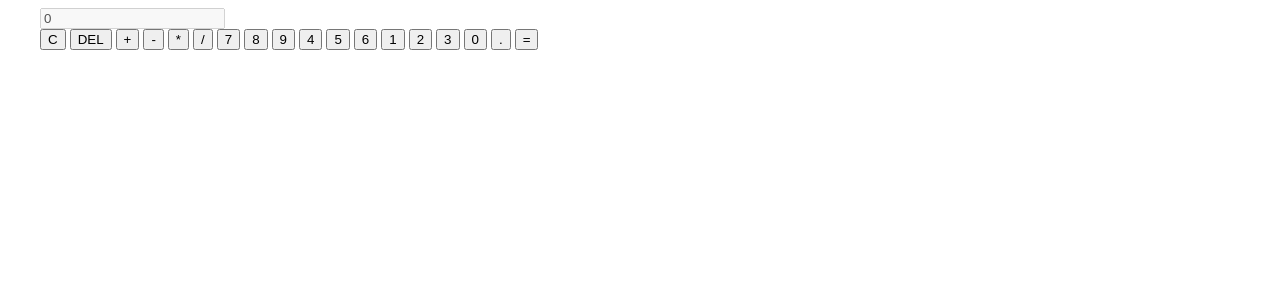
Repository: jaskeat/Calculator
Page: index.html
These files come from the project's save history. The page is drawn as it stood at one moment and after the next save; the edit follows.
The browser window is 1280 px wide. The pictures show the whole page.

Above is the page before, as saved 2024-09-05 09:03:29.

### index.html
<!DOCTYPE html>
<html lang="en">
	<head>
		<meta charset="UTF-8" />
		<meta name="viewport" content="width=device-width, initial-scale=1.0" />
		<title>Calculator</title>
		<link rel="stylesheet" href="style.css" />
	</head>
	<body>
		<div class="container">
			<div class="calculator">
				<div class="display">
					<input
						type="text"
						class="display-input"
						value="0"
						disabled
					/>
				</div>
				<div class="buttons">
					<button class="btn" onclick="clearDisplay()">C</button>
					<button class="btn" onclick="deleteLast()">DEL</button>
					<button class="btn" onclick="append('+')">+</button>
					<button class="btn" onclick="append('-')">-</button>
					<button class="btn" onclick="append('*')">*</button>
					<button class="btn" onclick="append('/')">/</button>
					<button class="btn" onclick="append('7')">7</button>
					<button class="btn" onclick="append('8')">8</button>
					<button class="btn" onclick="append('9')">9</button>
					<button class="btn" onclick="append('4')">4</button>
					<button class="btn" onclick="append('5')">5</button>
					<button class="btn" onclick="append('6')">6</button>
					<button class="btn" onclick="append('1')">1</button>
					<button class="btn" onclick="append('2')">2</button>
					<button class="btn" onclick="append('3')">3</button>
					<button class="btn" onclick="append('0')">0</button>
					<button class="btn" onclick="append('.')">.</button>
					<button class="btn" onclick="calculate()">=</button>
				</div>
			</div>
		</div>
		<script src="script.js"></script>
	</body>
</html>

### style.css
.container {
	display: flex;
	flex-wrap: wrap;
	width: 100%;
	max-width: 1200px;
	margin: 0 auto;
	padding: 0 20px;
}

Loaded but not shown: script.js (no copy from this time; the picture is the same without it)

After the next save:
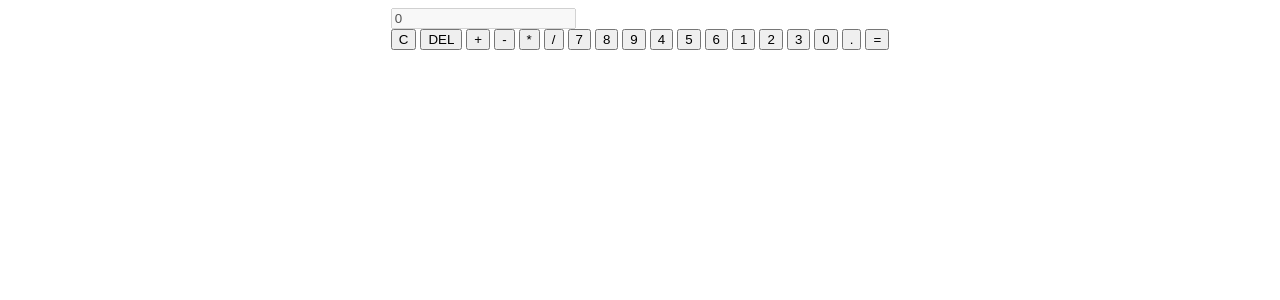
Saved 12 s later.
--- a/style.css
+++ b/style.css
@@ -1,6 +1,7 @@
 .container {
 	display: flex;
-	flex-wrap: wrap;
+	justify-content: center;
+	align-items: center;
 	width: 100%;
 	max-width: 1200px;
 	margin: 0 auto;

After the 2 saves that followed:
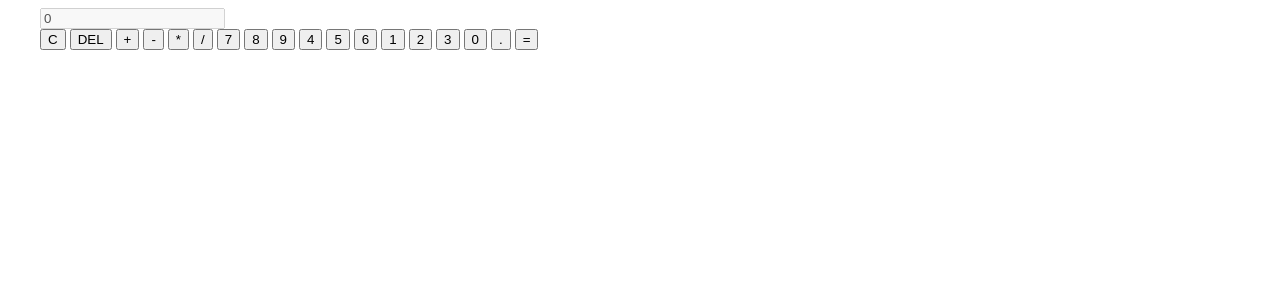
The 2 saves are shown as one change because 1 left the picture as it was.
The last was saved 22 s later.
--- a/style.css
+++ b/style.css
@@ -1,7 +1,10 @@
-.container {
+body {
 	display: flex;
 	justify-content: center;
 	align-items: center;
+}
+
+.container {
 	width: 100%;
 	max-width: 1200px;
 	margin: 0 auto;
